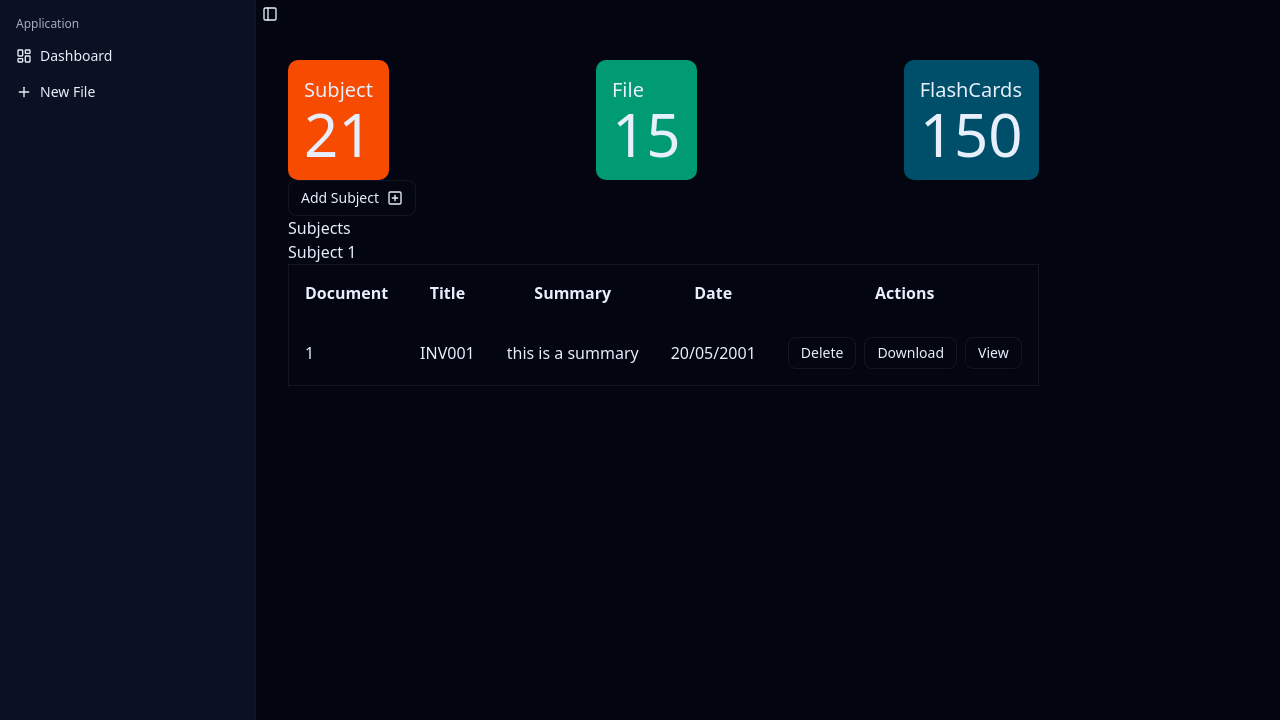
Repository: SywarDer/Student-Assistance
Page: /dashboard (app in student-assistant/)
These files come from the project's save history. The page is drawn as it stood at one moment and after a run of saves; the edit follows.
The browser window is 1280 px wide. The pictures show the whole page.
The project was rebuilt for these pictures with package versions that can differ from the ones it lists, and the page was loaded fresh each time. The framework's server and built-in components were replaced by stand-ins that run in the browser. Also part of the build but not shown: student-assistant/next.config.ts, student-assistant/components/ui/input.tsx, student-assistant/components/ui/separator.tsx, student-assistant/components/ui/skeleton.tsx. Imported but missing from the stored project, and not drawn on this page: student-assistant/components/ui/sheet.

Above is the page before, as saved 2025-10-30 20:37:06.

After the next 3 saves:
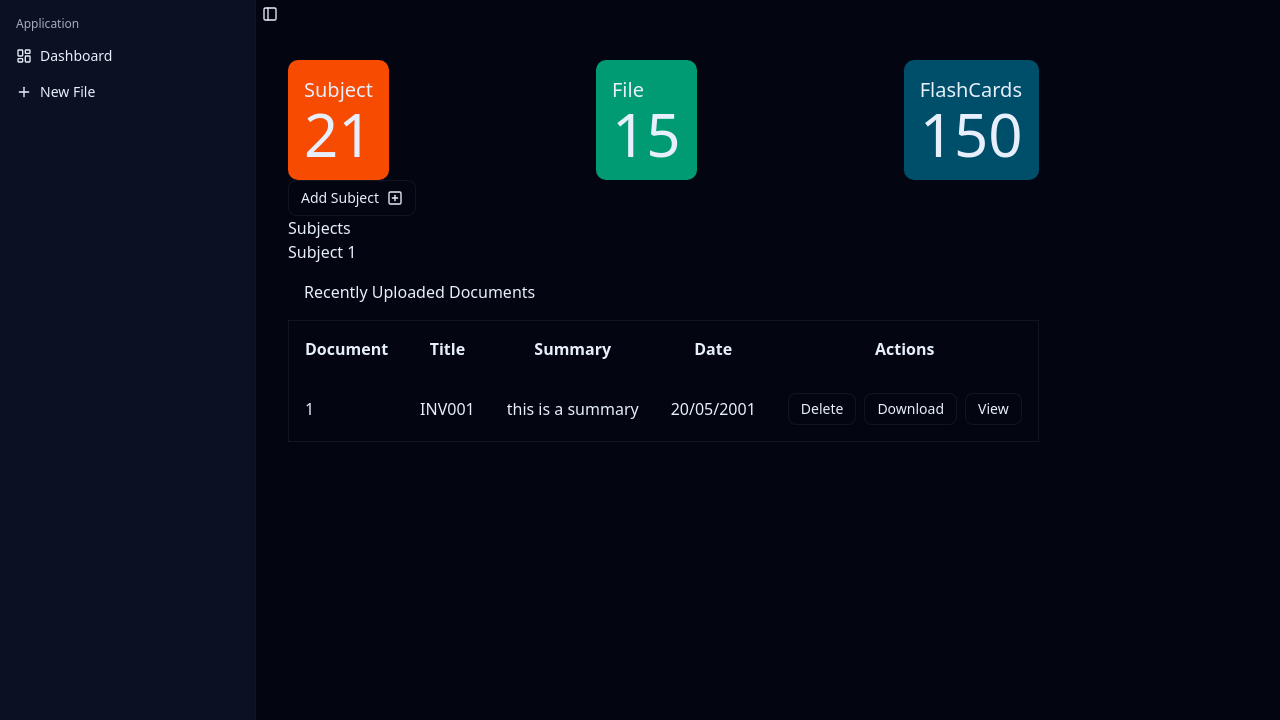
The 3 saves are shown as one change because they came seconds apart.
The last was saved 52 s later.
--- a/student-assistant/app/dashboard/page.tsx
+++ b/student-assistant/app/dashboard/page.tsx
@@ -89,6 +89,7 @@ export default function Dashboard() {
 
             <h1>Subject 1</h1>
             <table className="min-w-full border">
+                <caption className="text-left font-medium p-4">Recently Uploaded Documents</caption>
                 <thead className="gap-4">
                     <tr>
                         <th className="p-4">Document</th>
